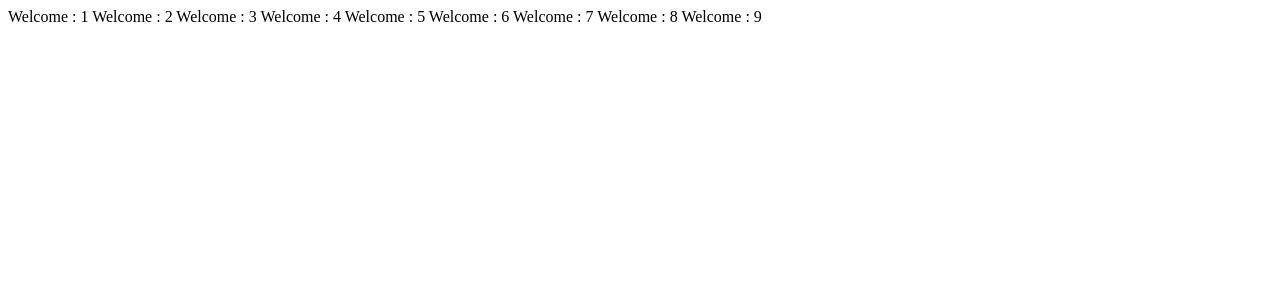
Repository: 16-sanalmishra/JavaServerPages
Page: http://localhost/Phase-2-HelloWorld/scriptletsTest.jsp
An editor plug-in stored every save of this project. The page is shown before and after the next save, followed by the edit.
The browser window is 1280 px wide. The pictures show the whole page.
The page is served by Tomcat 9.

Above is the page before, as saved 2022-04-11 06:33:27.

After the next save:
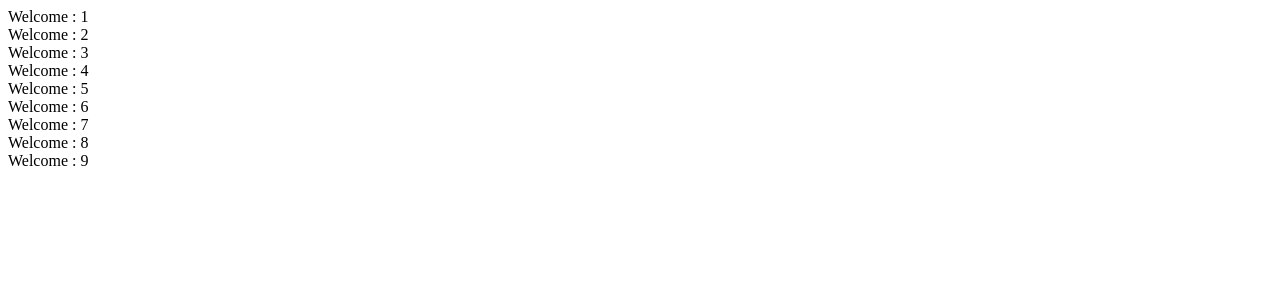
Saved 23 s later.
--- a/Phase-2-HelloWorld/src/main/webapp/scriptletsTest.jsp
+++ b/Phase-2-HelloWorld/src/main/webapp/scriptletsTest.jsp
@@ -10,7 +10,7 @@
 
 	<%
 		for(int i=1; i<10; i++){
-			out.println("Welcome : " + i);
+			out.println("Welcome : " + i + "<br/>");
 		}
 
 
